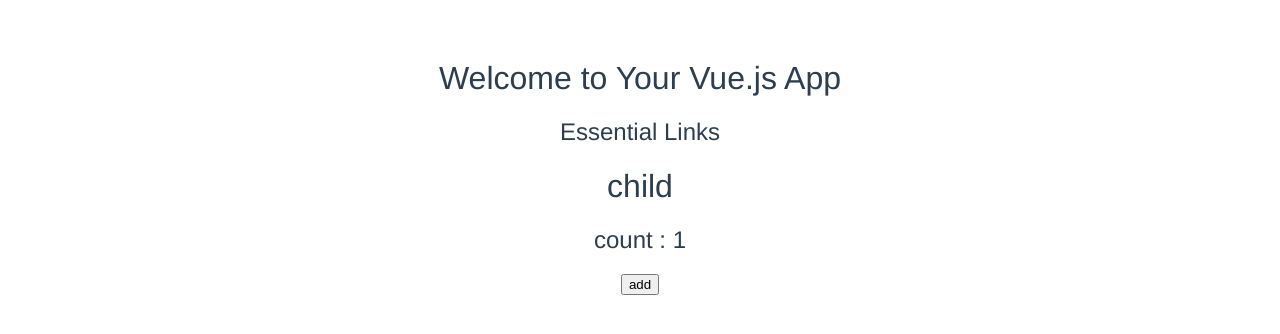
Repository: NotTooTwo/vueRouter
Page: /#/
An editor plug-in stored every save of this project. The page is shown before and after a run of saves, followed by the edit.
The browser window is 1280 px wide. The pictures show the whole page.
The project was rebuilt for these pictures with package versions that can differ from the ones it lists, and the page was loaded fresh each time.

Above is the page before, as saved 2018-03-12 17:32:08.

After the next 5 saves:
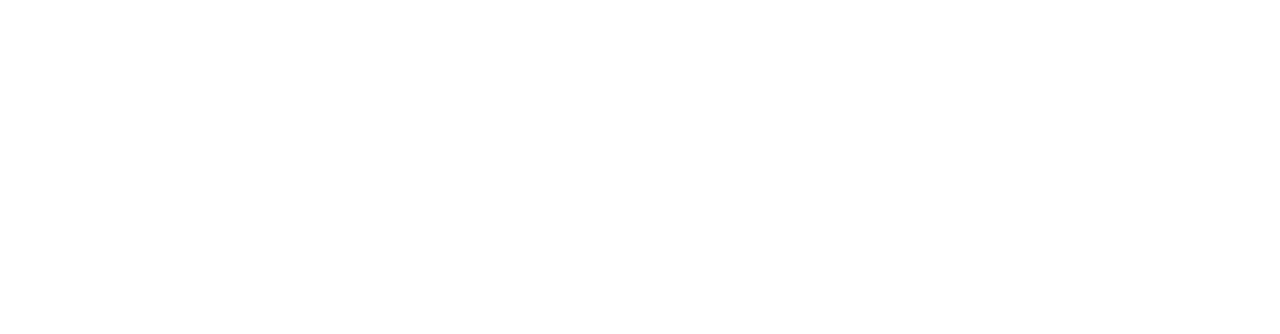
Console error: ReferenceError: count is not defined
The 5 saves are shown as one change because 1 did not build or start and some came seconds apart.
The last was saved 33 s later.
--- a/src/components/child.vue
+++ b/src/components/child.vue
@@ -14,6 +14,9 @@
       msg: 'Welcome to Your Vue.js App',
       count: 1,
     }
+  },
+  props:{
+    count:count
   },
   methods:{
     add(){

After the 2 saves that followed:
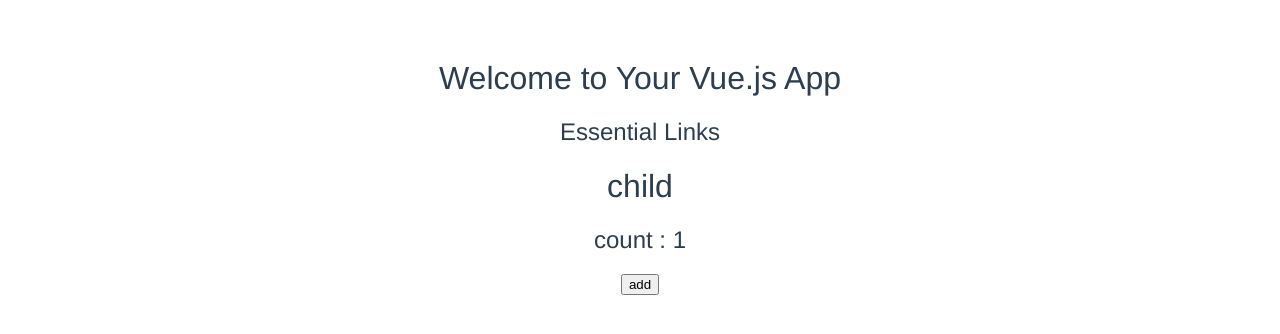
The error is gone.
The 2 saves are shown as one change because 1 left the picture as it was.
The last was saved 36 s later.
--- a/src/components/child.vue
+++ b/src/components/child.vue
@@ -15,9 +15,9 @@
       count: 1,
     }
   },
-  props:{
-    count:count
-  },
+  props:[
+    'count'
+  ],
   methods:{
     add(){
       ++this.count
